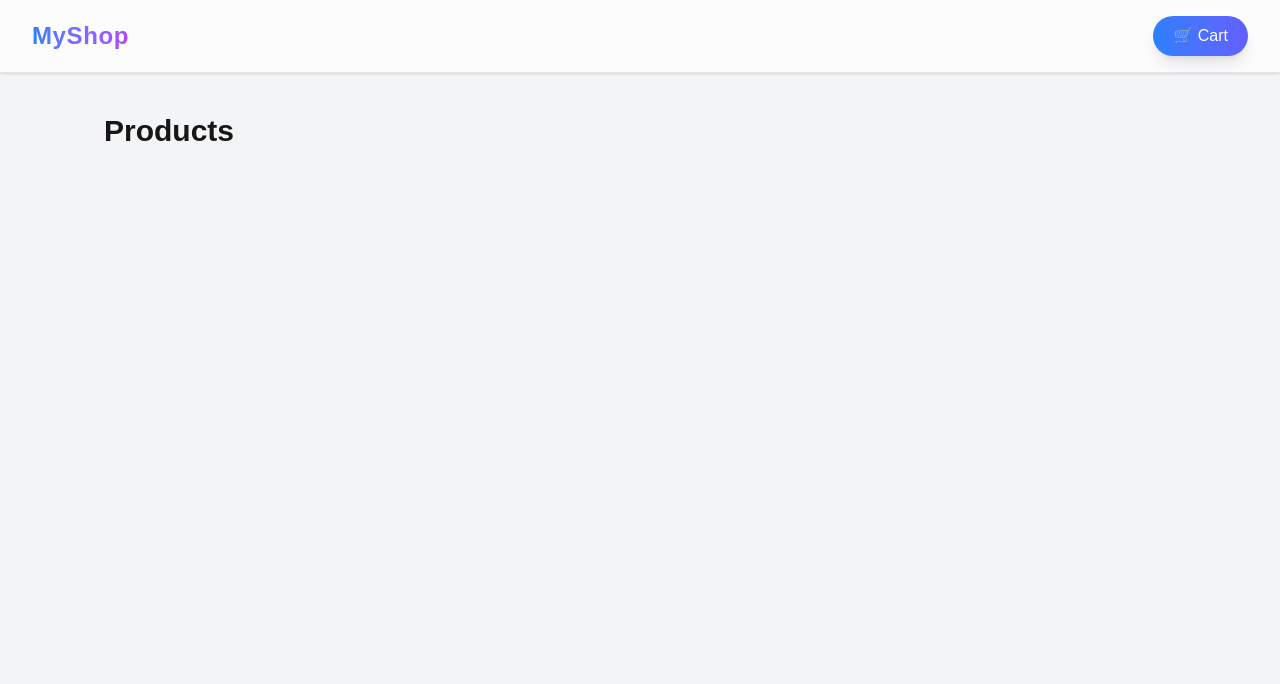
Repository: dipto230/nexist-task
Page: / (app in frontend/)
The author's editor kept a copy of each file at every save. The page is drawn from the files as they stood at one save, then again after a run of saves.
The browser window is 1280 px wide. The pictures show the whole page.
The page's requests for data from a server got no answer. The project was rebuilt for these pictures with package versions that can differ from the ones it lists, and the page was loaded fresh each time. The framework's server and built-in components were replaced by stand-ins that run in the browser. No one was signed in, and anything a server would have sent is missing. Also part of the build but not shown: frontend/next.config.ts.

Above is the page before, as saved 2026-04-30 03:47:05.

After the next 5 saves:
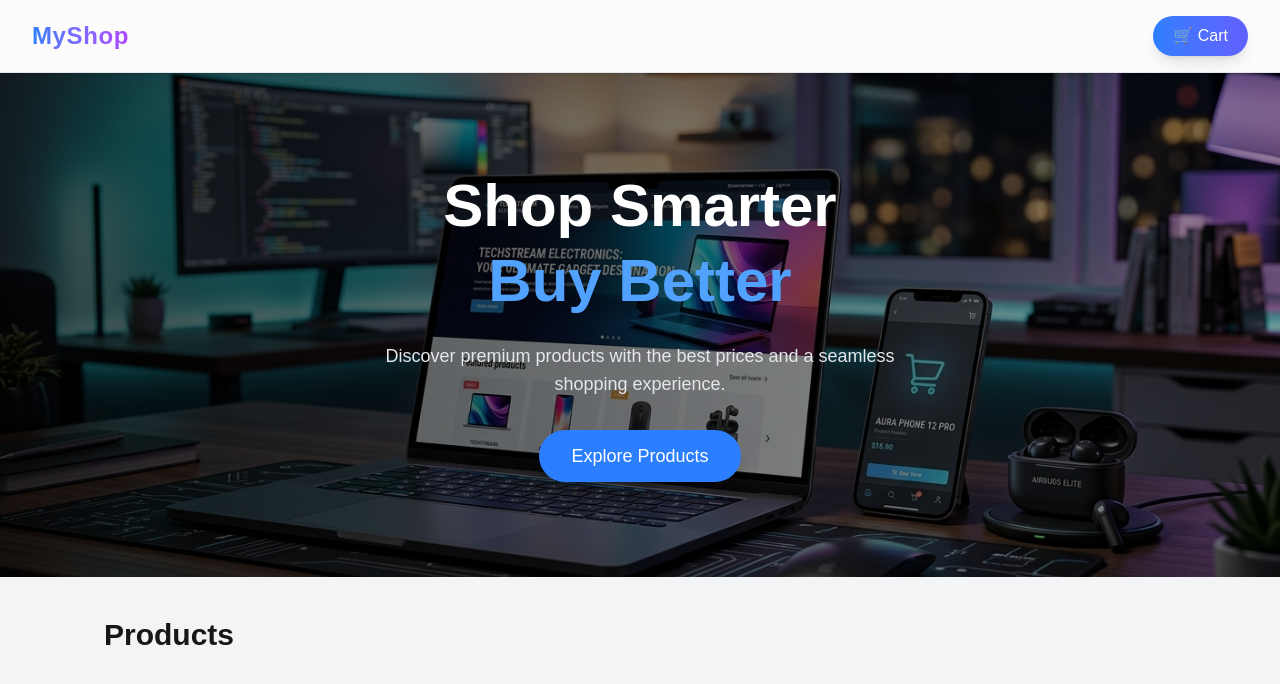
The 5 saves are shown as one change because 2 did not build or start and some came seconds apart.
The last was saved 19 s later.
--- a/frontend/src/app/page.tsx
+++ b/frontend/src/app/page.tsx
@@ -1,10 +1,12 @@
 import ProductList from "@/components/ProductList";
 import Navbar from "@/components/Navbar";
+import Hero from "@/components/Hero";
 
 export default function Home() {
   return (
     <div className="min-h-screen bg-gray-100">
       <Navbar />
+      <Hero/>
 
       <div className="p-10 max-w-6xl mx-auto">
         <ProductList />
